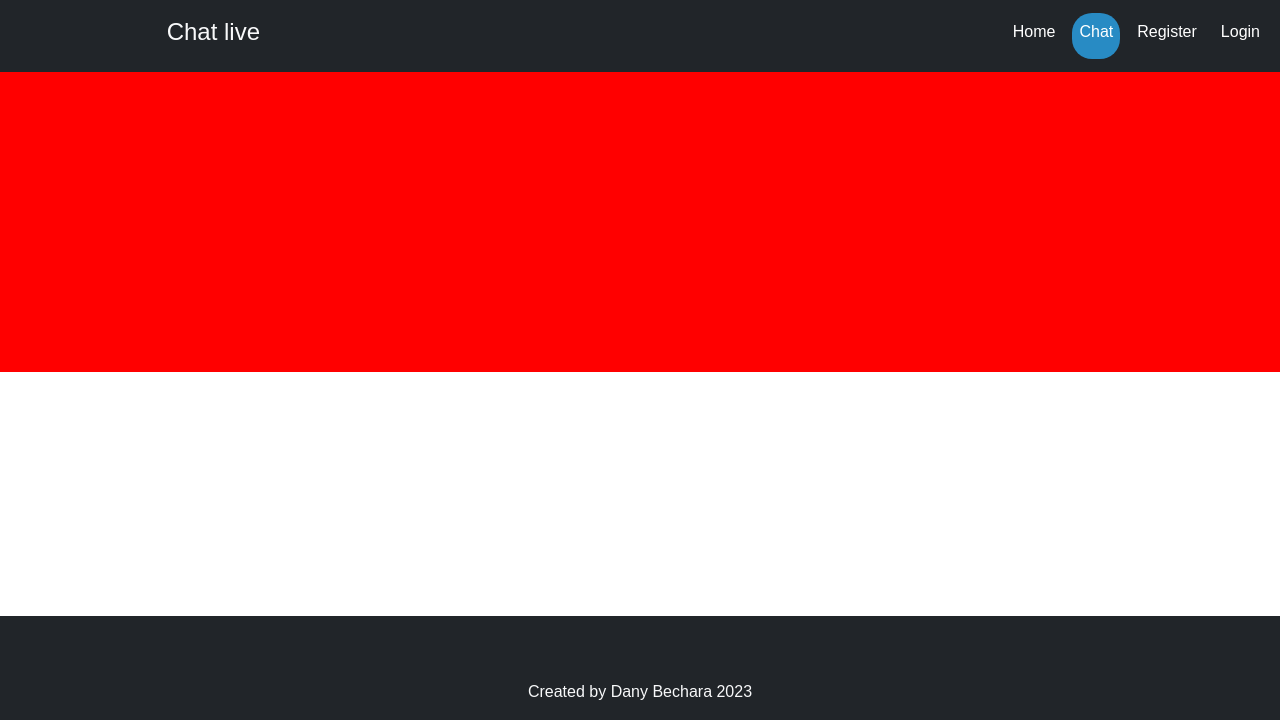
Repository: bechara611/chatv2
Page: /chat
The author's editor kept a copy of each file at every save. The page is drawn from the files as they stood at one save, then again after the next save.
The browser window is 1280 px wide. The pictures show the whole page.
The project was rebuilt for these pictures with package versions that can differ from the ones it lists, and the page was loaded fresh each time. Also part of the build but not shown: src/auth/components/login.jsx, src/auth/components/register.jsx, src/ui/components/Home.jsx, src/App.css.

Above is the page before, as saved 2023-03-12 17:23:38.

After the next save:
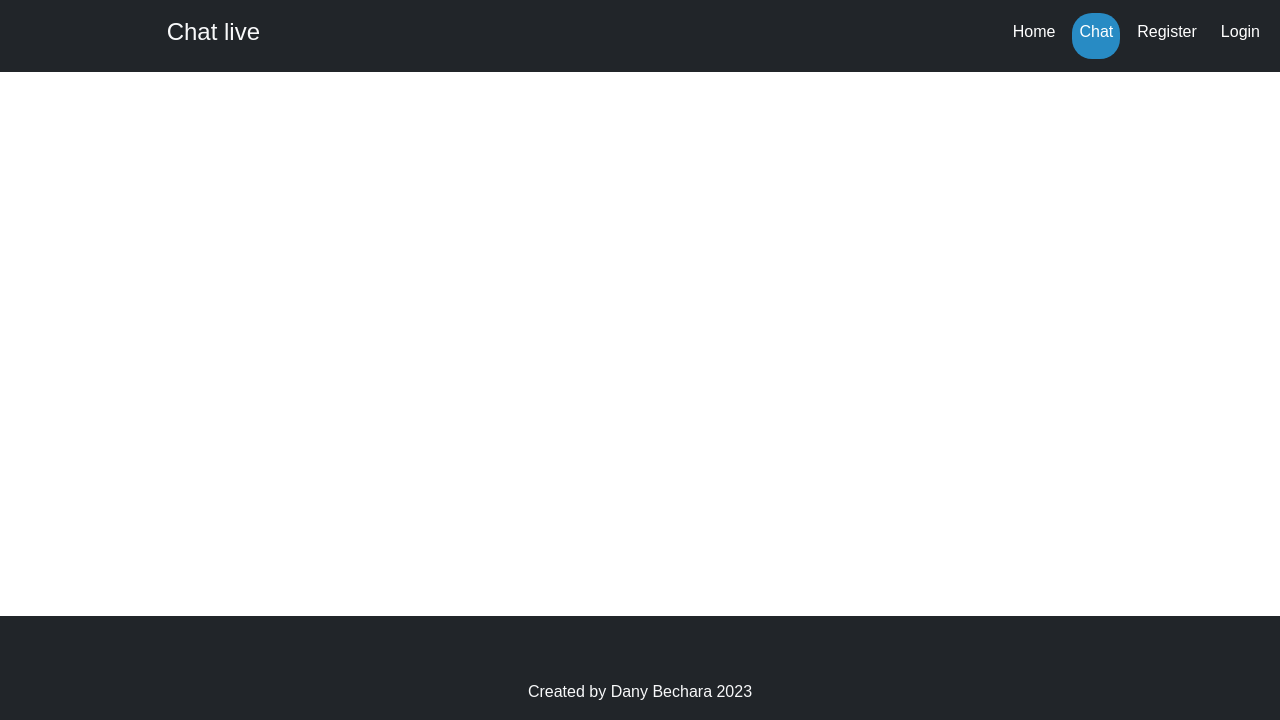
Saved 6 s later.
--- a/src/chat/components/chat.css
+++ b/src/chat/components/chat.css
@@ -1,5 +1,4 @@
 .chat{
     background: red;
-    height: 300px;
-    width: 300px;
+
 }

After the 3 saves that followed:
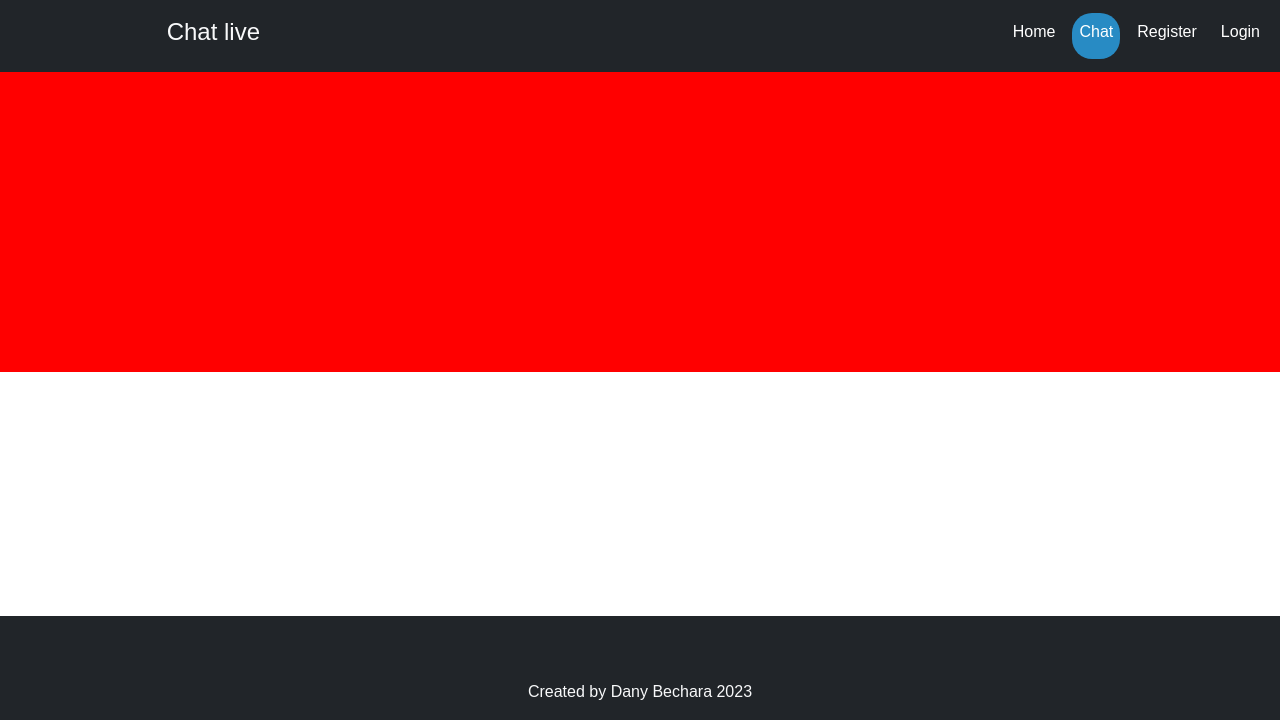
The 3 saves are shown as one change because 2 left the picture as it was.
The last was saved 17 s later.
--- a/src/chat/components/chat.css
+++ b/src/chat/components/chat.css
@@ -1,4 +1,5 @@
 .chat{
     background: red;
-
+   width: 100vw;
+   height: 300px;
 }
